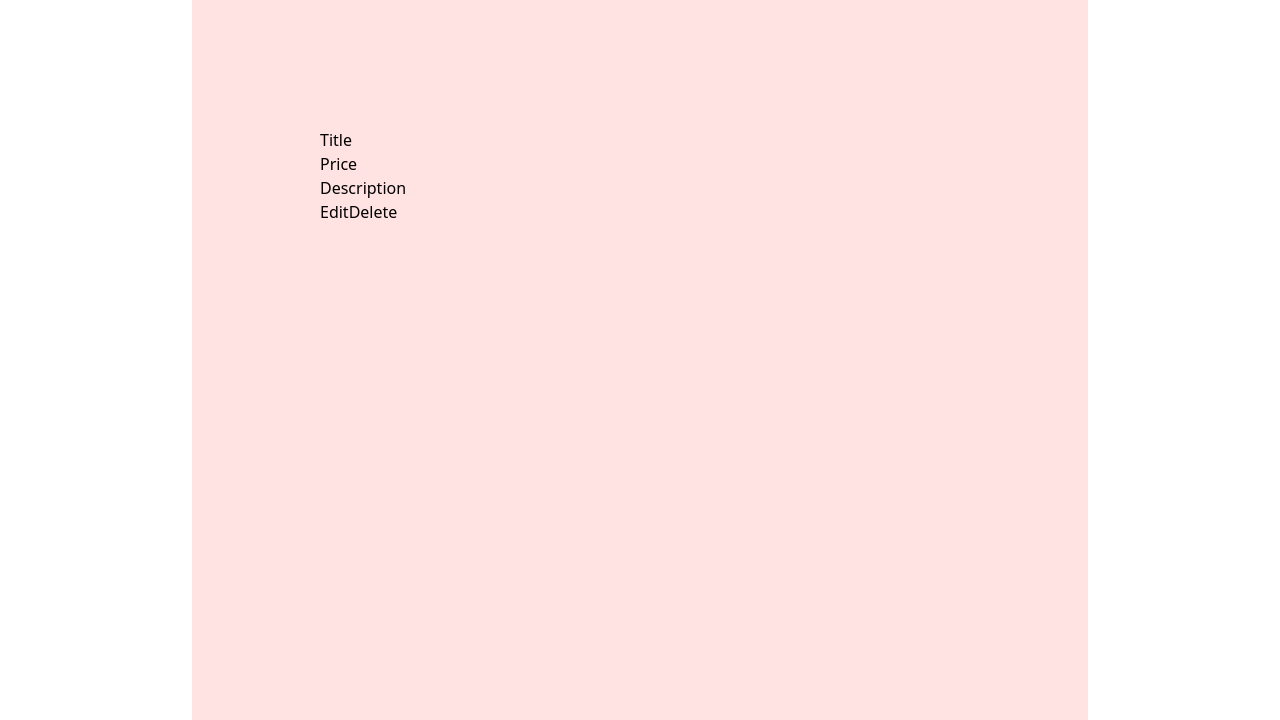
Repository: Habeebur1493/project
Page: /details/1
An editor plug-in stored every save of this project. The page is shown before and after the next save, followed by the edit.
The browser window is 1280 px wide. The pictures show the whole page.
The project was rebuilt for these pictures with package versions that can differ from the ones it lists, and the page was loaded fresh each time. Also part of the build but not shown: vite.config.js, src/Components/Login.jsx, src/Components/Nav.jsx, src/Components/Home.jsx.

Above is the page before, as saved 2025-01-31 11:24:45.

### index.html
<!doctype html>
<html lang="en">
  <head>
    <meta charset="UTF-8" />
    <meta name="viewport" content="width=device-width, initial-scale=1.0" />
    <title>Project</title>
  </head>
  <body>
    <div id="root"></div>
    <script type="module" src="/src/main.jsx"></script>
  </body>
</html>

### src/main.jsx
import React from "react";
import { createRoot } from "react-dom/client";
import App from "./App.jsx";
import { BrowserRouter } from "react-router-dom";

createRoot(document.getElementById("root")).render(

    <BrowserRouter>
      <App />
    </BrowserRouter>

);

### src/App.jsx
import React from "react";
import "./App.css";
import { Route, Routes } from "react-router-dom";
import Login from "./Components/Login.jsx";
import Home from "./Components/Home.jsx";
import Details from "./Components/Details.jsx";

const App = () => {
  return (
    <div className="h-screen w-screen flex">
      <Routes>
        <Route path="/" element={<Login />} />
        <Route path="/Home" element={<Home />} />
        <Route path="/details/:id" element={<Details />} />
      </Routes>
    </div>
  );
};

export default App;

### src/Components/Details.jsx
import React from 'react'
import { Link } from 'react-router-dom'



const Details = () => {
  return (
    <div className='w-[70%] h-full bg-red-100 m-auto p-[10%]'>

      <img src="" alt="" />
      <div className="content">
        <h1>Title</h1>
        <h2>Price</h2>
        <p>Description</p>
        <Link>Edit</Link>
        <Link>Delete</Link>
      </div>

    </div>
  )
}

export default Details

Loaded but not shown: src/App.css (common file)

After the next save:
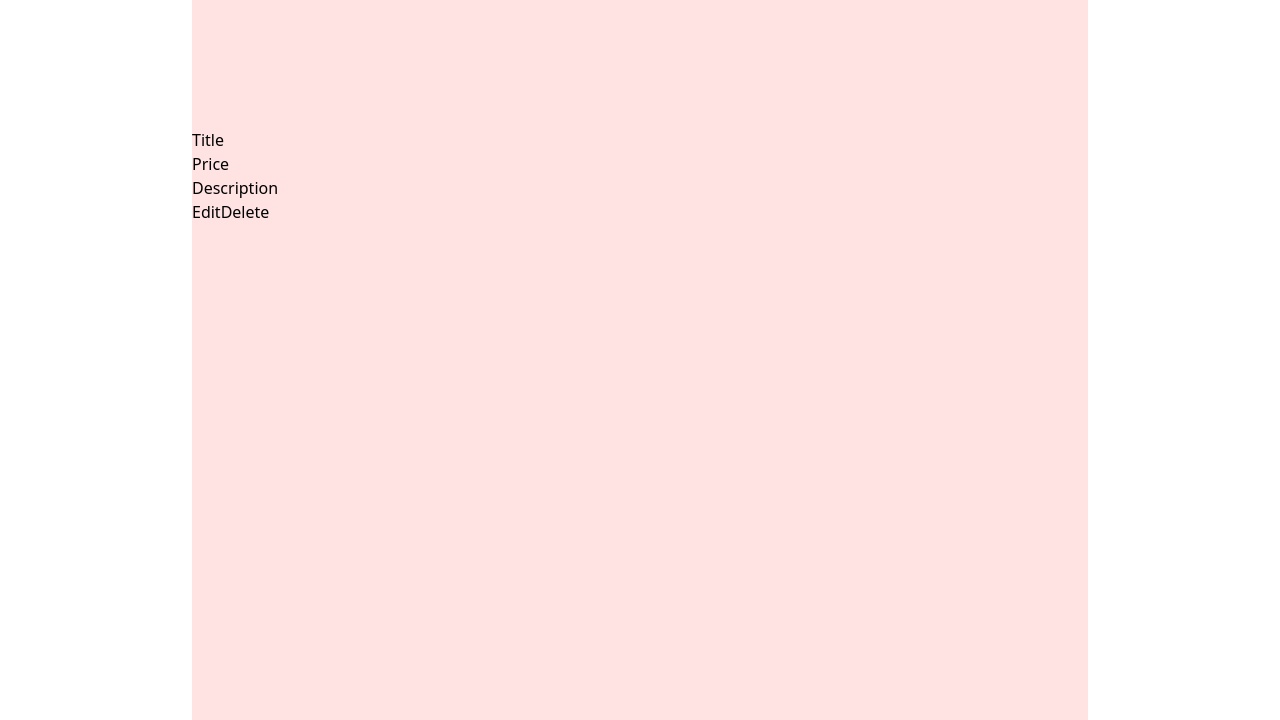
Saved 58 s later.
--- a/src/Components/Details.jsx
+++ b/src/Components/Details.jsx
@@ -5,7 +5,7 @@ import { Link } from 'react-router-dom'
 
 const Details = () => {
   return (
-    <div className='w-[70%] h-full bg-red-100 m-auto p-[10%]'>
+    <div className='w-[70%] flex h-full bg-red-100 m-auto py-[10%]'>
 
       <img src="" alt="" />
       <div className="content">
